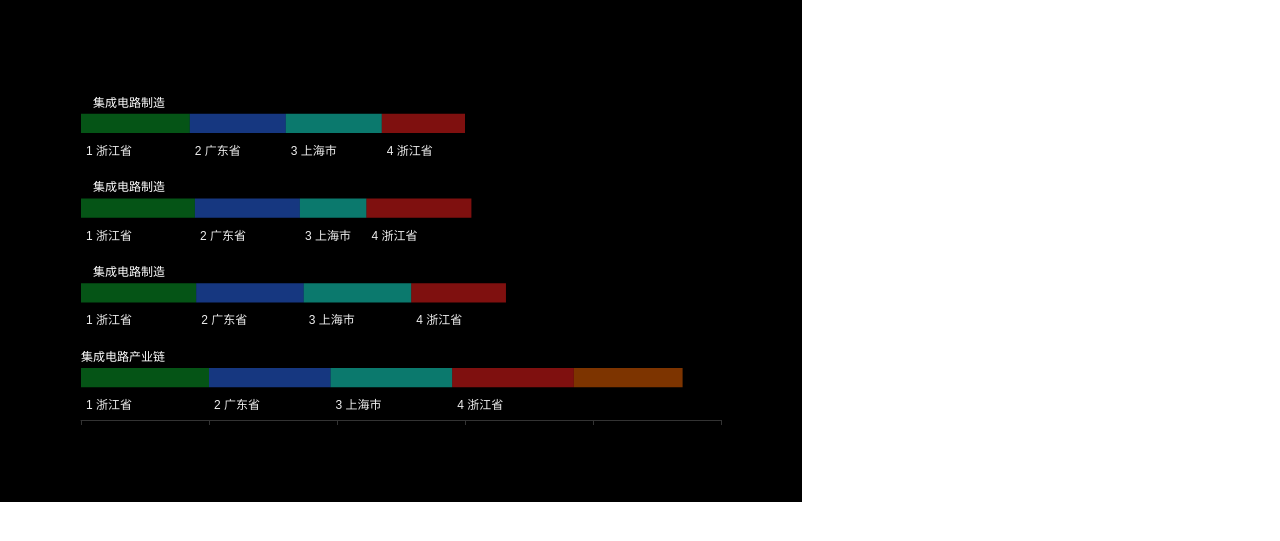
Repository: 572031690/echartproj
Page: /#/test
The author's editor kept a copy of each file at every save. The page is drawn from the files as they stood at one save, then again after the next save.
The browser window is 1280 px wide. The pictures show the whole page.
The project was rebuilt for these pictures with package versions that can differ from the ones it lists, and the page was loaded fresh each time. Also part of the build but not shown: vue.config.js, src/components/Seller.vue, src/views/SellerPage.vue, src/utils/theme_utils.js, src/components/Trend.vue, src/views/TrendPage.vue, src/utils/map_utils.js, src/components/Map.vue and 9 more.

Above is the page before, as saved 2021-08-03 11:34:48.

After the next save:
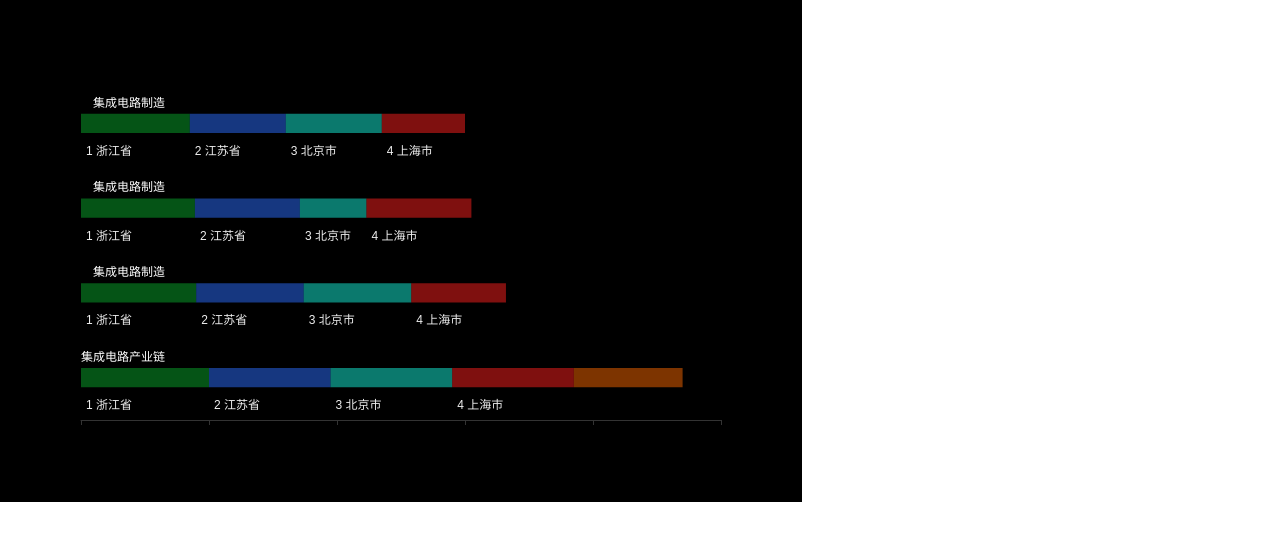
Saved 2 min 18 s later.
--- a/src/components/Test.vue
+++ b/src/components/Test.vue
@@ -26,31 +26,31 @@ export default {
         { rank: 1, name: '上海市', value: 85 }
       ],
       chartData2: [
-        { rank: 2, name: '上海市', value: 95 },
-        { rank: 2, name: '广东省', value: 84 },
-        { rank: 2, name: '成都市', value: 82 },
-        { rank: 2, name: '湖北省', value: 75 }
+        { rank: 2, name: '浙江省', value: 95 },
+        { rank: 2, name: '江苏省', value: 84 },
+        { rank: 2, name: '北京市', value: 82 },
+        { rank: 2, name: '上海市', value: 75 }
 
       ],
       chartData3: [
-        { rank: 3, name: '湖北省', value: 95 },
-        { rank: 3, name: '北京市', value: 84 },
-        { rank: 3, name: '上海市', value: 52 },
-        { rank: 3, name: '浙江省', value: 75 }
+        { rank: 3, name: '浙江省', value: 95 },
+        { rank: 3, name: '江苏省', value: 84 },
+        { rank: 3, name: '北京市', value: 52 },
+        { rank: 3, name: '上海市', value: 75 }
 
       ],
       chartData4: [
-        { rank: 4, name: '湖北省', value: 95 },
-        { rank: 4, name: '北京市', value: 74 },
-        { rank: 4, name: '上海市', value: 82 },
-        { rank: 4, name: '浙江省', value: 65 }
+        { rank: 4, name: '浙江省', value: 95 },
+        { rank: 4, name: '江苏省', value: 74 },
+        { rank: 4, name: '北京市', value: 82 },
+        { rank: 4, name: '上海市', value: 65 }
 
       ],
       chartData5: [
-        { rank: 5, name: '湖北省', value: 85 },
-        { rank: 5, name: '北京市', value: 44 },
-        { rank: 5, name: '上海市', value: 72 },
-        { rank: 5, name: '浙江省', value: 75 }
+        { rank: 5, name: '浙江省', value: 85 },
+        { rank: 5, name: '江苏省', value: 44 },
+        { rank: 5, name: '北京市', value: 72 },
+        { rank: 5, name: '上海市', value: 75 }
 
       ],
       yAxisData: ['集成电路产业链', '集成电路制造', '集成电路制造', '集成电路制造']
